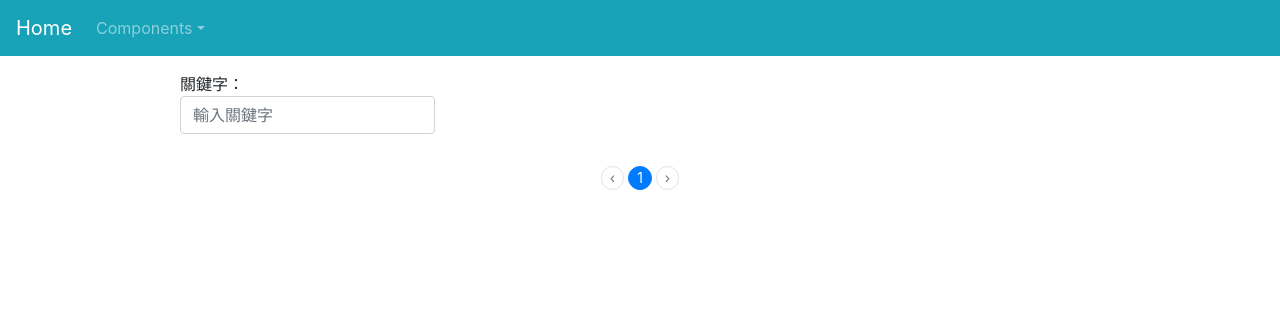
Repository: iian0910/bootstrapVue-demo
Page: /#/tablePagination
An editor plug-in stored every save of this project. The page is shown before and after the next save, followed by the edit.
The browser window is 1280 px wide. The pictures show the whole page.
The page's requests for data from a server got no answer. The project was rebuilt for these pictures with package versions that can differ from the ones it lists, and the page was loaded fresh each time. No one was signed in, and anything a server would have sent is missing.

Above is the page before, as saved 2021-04-26 15:26:32.

### src/main.ts
import axios from 'axios'
import { BootstrapVue, IconsPlugin } from 'bootstrap-vue'
import 'bootstrap-vue/dist/bootstrap-vue.css'
// Import Bootstrap an BootstrapVue CSS files (order is important)
import 'bootstrap/dist/css/bootstrap.css'
import Vue from 'vue'
import VueAxios from 'vue-axios'
import App from './App.vue'
import router from './router'

// Make BootstrapVue available throughout your project
Vue.use(BootstrapVue)
// Optionally install the BootstrapVue icon components plugin
Vue.use(IconsPlugin)
Vue.use(VueAxios, axios)

Vue.config.productionTip = false

new Vue({
  router,
  render: h => h(App)
}).$mount('#app')

### src/App.vue
<template>
  <div id="app">
  <Main/>
  </div>
</template>

<script lang="ts">
import { Component, Vue } from 'vue-property-decorator'
import Main from './pages/Main.vue'

@Component({
  components: {
    Main
  }
})
export default class App extends Vue {}
</script>

<style lang="scss">

</style>

### src/router/index.ts
import Vue from 'vue'
import VueRouter from 'vue-router'

Vue.use(VueRouter)

const routes = [
  {
    path: '/',
    name: 'Home',
    component: () => import('../pages/Index.vue')
  },
  {
    path: '/tablePagination',
    name: 'TablePagination',
    component: () => import('../components/TablePagination.vue')
  }
]

const router = new VueRouter({
  routes
})

export default router

### src/pages/Main.vue
<template>
  <div>
    <Navbar/>
    <router-view></router-view>
  </div>
</template>
<script lang="ts">
import { Component, Vue } from 'vue-property-decorator'
import Navbar from '../components/Navbar.vue'

@Component({
  components: {
    Navbar
  }
})
export default class Main extends Vue {

}
</script>
<style lang="scss">

</style>

### src/components/TablePagination.vue
<template>
  <div>
    <div class="container">
      <div class="row">
        <div class="col-3 offset-1 my-3">
          關鍵字：<b-form-input
            v-model="filterText"
            type="text"
            placeholder="輸入關鍵字"
          ></b-form-input>
        </div>
      </div>
      <div class="row">
        <div class="col-10 offset-1">
          <!-- Table: 基本款 -->
          <!-- <b-table striped hover :items="sliceDate"></b-table> -->

          <!-- Table: 客製化 -->
          <b-table
            striped hover
            :items="filterInput"
          >
            <template #cell(seq)="sliceDate">{{sliceDate.item.seq}}</template>
            <template #cell(materialYear)="sliceDate">{{sliceDate.item.materialYear}}</template>
            <template #cell(statisticsProject)="sliceDate">{{sliceDate.item.statisticsProject}}</template>
            <template #cell(taxCategory)="sliceDate">{{sliceDate.item.taxCategory}}</template>
            <template #cell(value)="sliceDate">
              <div class="text-left">{{sliceDate.item.value | currencyChange}}</div>
            </template>
            <template #cell(dataUnit)="sliceDate">{{sliceDate.item.dataUnit}}</template>
          </b-table>
          <!-- Pagination -->
          <div class="d-flex justify-content-center">
            <b-pagination
              v-model="currentPage"
              :total-rows="data.length"
              :per-page="perPage"
              pills
              first-number
              last-number
              size="sm"
              @click.native="sliceData(currentPage)"
            ></b-pagination>
          </div>
        </div>
      </div>
    </div>
  </div>
</template>

<script lang="ts">
import { Component, Vue } from 'vue-property-decorator'

// interFace
interface Data {
  seq: string;
  materialYear: string;
  statisticsProject: string;
  taxCategory: string;
  value: string;
  dataUnit: string;
}

// Component 宣告在最前面
@Component({
  filters: {
    currencyChange (val: string) {
      val = parseFloat(val.replace(/\s/g, '').replace(/,/g, ''))
        .toString()
        .replace(/\B(?=(\d{3})+(?!\d))/g, ',')
      if (val === 'NaN') {
        val = ''
      }
      return '$' + val
    }
  }
})

export default class TablePagination extends Vue {
  // Data
  private apiURL = 'https://api.kcg.gov.tw/api/service/get/2c1d9959-d038-4918-bae3-409680f8193a'
  public data = []
  public sliceDate = []
  public parentSendData = 'parentSendData'
  public childSendData = ''
  public currentPage = 1 // 預設目前頁面
  public perPage = 10 // 每頁顯示項目數
  public filterText = ''

  firstName = 'John'
  lastName = 'Doe'

  // methods
  private changeDataDTO (data:any) {
    this.data = data.map((res: any) => {
      const rowData = {} as Data
      rowData.seq = res.seq
      rowData.materialYear = res.資料年度
      rowData.statisticsProject = res.統計項目
      rowData.taxCategory = res.稅目別
      rowData.value = res.值
      rowData.dataUnit = res.資料單位
      return rowData
    })
  }

  private sliceData (currentPage: number) {
    this.sliceDate = this.data.slice(this.perPage * currentPage - this.perPage, this.perPage * currentPage)
  }

  // Computed
  // this.data.filter((item:any) => { item.value.match(this.filterText) })
  get filterInput () {
    return []
  }

  // set name (value) {
  //   const splitted = value.split(' ')
  //   this.firstName = splitted[0]
  //   this.lastName = splitted[1] || ''
  // }

  // 生命週期
  public mounted () {
    this.$http.get(this.apiURL).then((res) => {
      this.data = res.data.data
      this.changeDataDTO(this.data)
      this.sliceData(this.currentPage)
    })
  }
}
</script>

<!-- Add "scoped" attribute to limit CSS to this component only -->
<style scoped lang="scss">

</style>

### src/components/Navbar.vue
<template>
  <div>
    <b-navbar toggleable="lg" type="dark" variant="info">
      <b-navbar-brand to="/">Home</b-navbar-brand>

      <b-navbar-toggle target="nav-collapse"></b-navbar-toggle>

      <b-collapse id="nav-collapse" is-nav>
        <b-navbar-nav>
          <b-nav-item-dropdown text="Components" right>
            <b-dropdown-item to="/tablePagination">TablePagination</b-dropdown-item>
          </b-nav-item-dropdown>
        </b-navbar-nav>
      </b-collapse>
    </b-navbar>
  </div>
</template>

<script lang="ts">
import { Component, Vue } from 'vue-property-decorator'

// Component 宣告在最前面
@Component({
  components: {

  }
})

export default class Navbar extends Vue {

}
</script>

Loaded but not shown: public/index.html (common file)

After the next save:
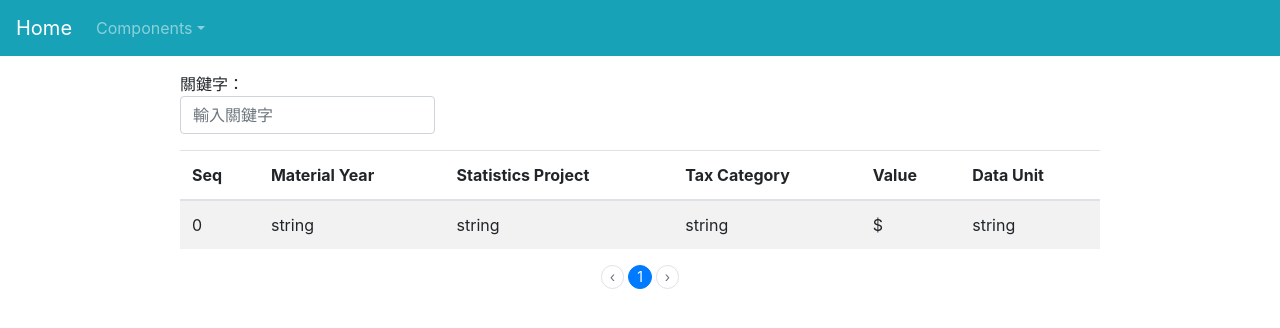
Saved 39 s later.
--- a/src/components/TablePagination.vue
+++ b/src/components/TablePagination.vue
@@ -111,7 +111,16 @@
   // Computed
   // this.data.filter((item:any) => { item.value.match(this.filterText) })
   get filterInput () {
-    return []
+    return [
+      {
+        seq: '0',
+        materialYear: 'string',
+        statisticsProject: 'string',
+        taxCategory: 'string',
+        value: 'string',
+        dataUnit: 'string'
+      }
+    ]
   }
 
   // set name (value) {

After the save that followed:
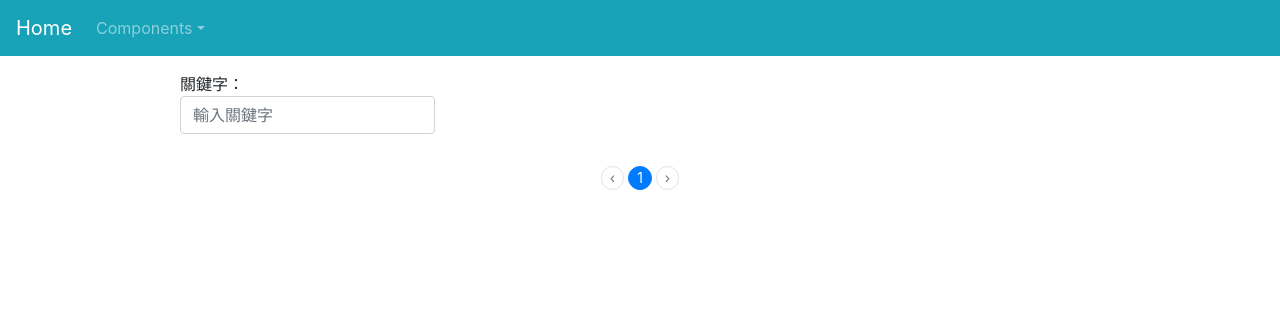
Saved 24 s later.
--- a/src/components/TablePagination.vue
+++ b/src/components/TablePagination.vue
@@ -111,16 +111,7 @@
   // Computed
   // this.data.filter((item:any) => { item.value.match(this.filterText) })
   get filterInput () {
-    return [
-      {
-        seq: '0',
-        materialYear: 'string',
-        statisticsProject: 'string',
-        taxCategory: 'string',
-        value: 'string',
-        dataUnit: 'string'
-      }
-    ]
+    return this.data.filter((item:any) => { item.value.match(this.filterText) })
   }
 
   // set name (value) {
